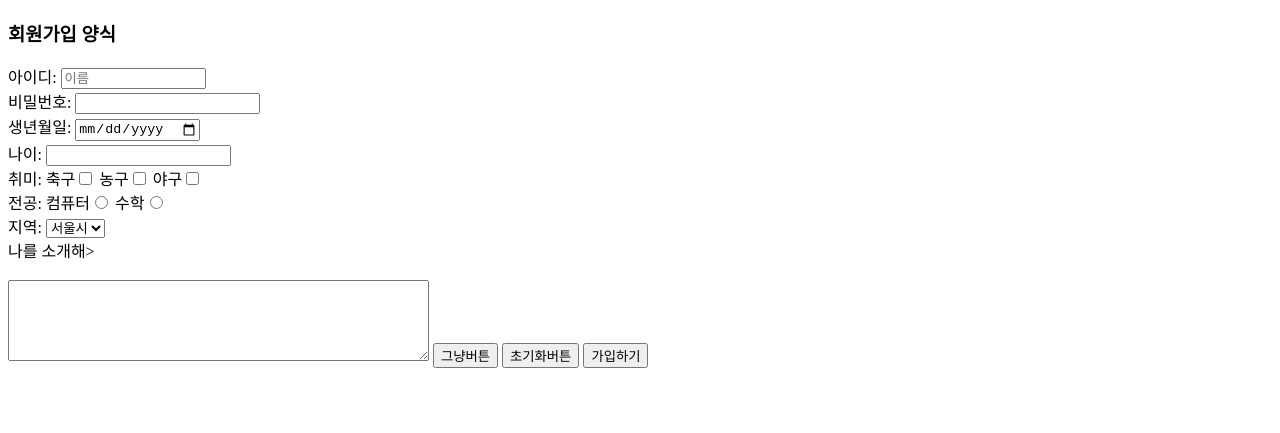
Repository: YeonHaw/jsp
Page: JSPBasic/src/main/webapp/HTML/Index05.html
The author's editor kept a copy of each file at every save. The page is drawn from the files as they stood at one save, then again after the next save.
The browser window is 1280 px wide. The pictures show the whole page.

Above is the page before, as saved 2023-12-27 05:21:26.

After the next save:
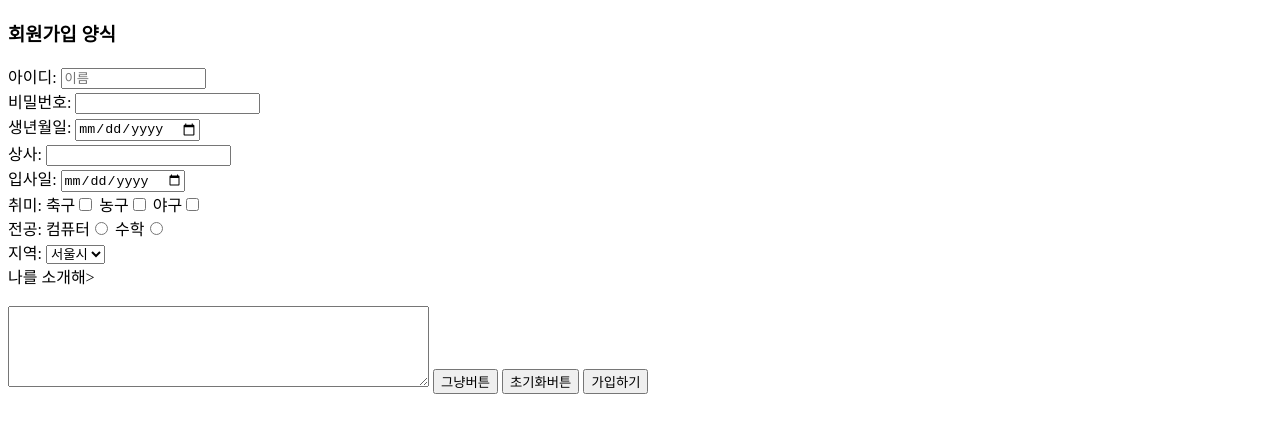
Saved 1 s later.
--- a/JSPBasic/src/main/webapp/HTML/Index05.html
+++ b/JSPBasic/src/main/webapp/HTML/Index05.html
@@ -12,7 +12,8 @@
 	아이디: <input type="text" name="ID" size="15" maxlength="5" placeholder="이름"><br>
 	비밀번호: <input type="password" name="pw"><br>
 	생년월일: <input type="date" name="brith"><br>
-	나이: <input type="number" name="age"><br>
+	상사: <input type="number" name="age" size="5" maxlength="4"><br>
+	입사일: <input type="date" name="hire"><br>
 <!--체크박스, 라디오버튼 같은 경우 동일한 그룹인 경우, 동일한 이름으로 묶어준다-->
 	취미:
 	축구<input type="checkbox" name="al">
